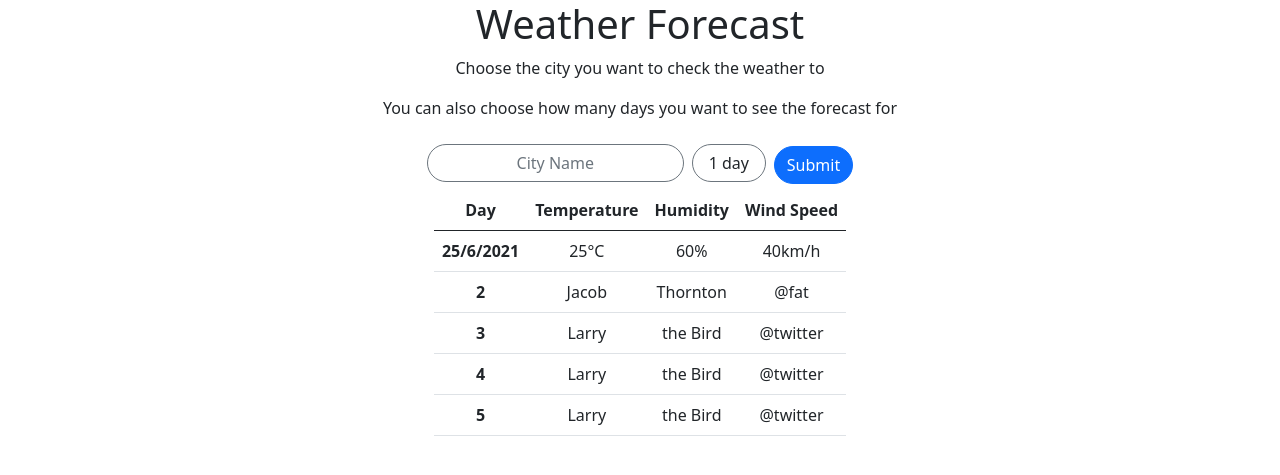
Repository: DimitrisDoxopoulos/my-own-weather-app
Page: /
The author's editor kept a copy of each file at every save. The page is drawn from the files as they stood at one save, then again after the next save.
The browser window is 1280 px wide. The pictures show the whole page.
The project was rebuilt for these pictures with package versions that can differ from the ones it lists, and the page was loaded fresh each time.

Above is the page before, as saved 2021-06-03 20:05:31.

After the next save:
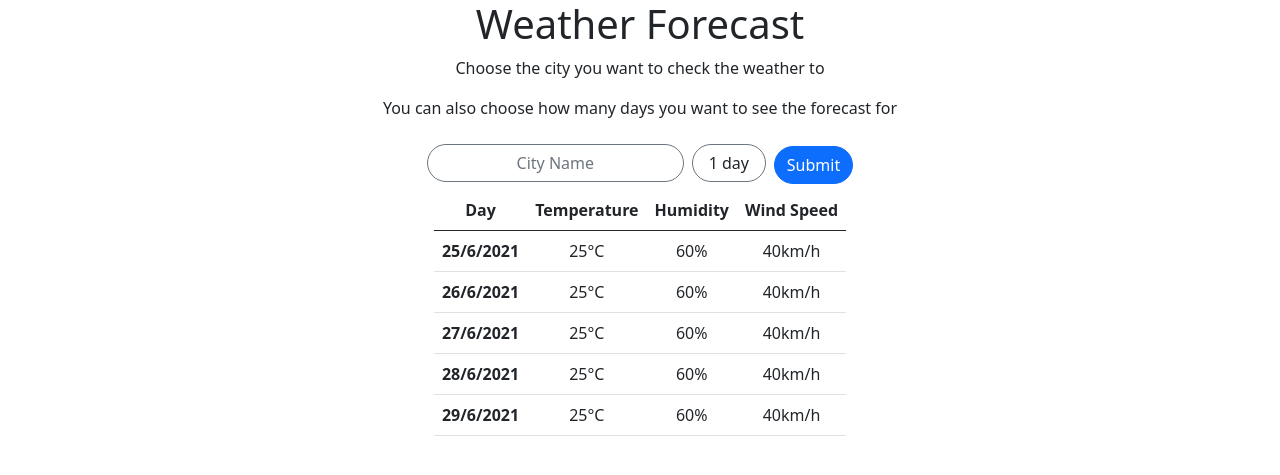
Saved 51 s later.
--- a/src/components/WeatherForecast.js
+++ b/src/components/WeatherForecast.js
@@ -20,28 +20,28 @@ const WeatherForecast = () => {
                         <td>40km/h</td>
                     </tr>
                     <tr>
-                        <th scope="row">2</th>
-                        <td>Jacob</td>
-                        <td>Thornton</td>
-                        <td>@fat</td>
+                        <th scope="row">26/6/2021</th>
+                        <td>25&deg;C</td>
+                        <td>60%</td>
+                        <td>40km/h</td>
                     </tr>
                     <tr>
-                        <th scope="row">3</th>
-                        <td>Larry</td>
-                        <td>the Bird</td>
-                        <td>@twitter</td>
+                        <th scope="row">27/6/2021</th>
+                        <td>25&deg;C</td>
+                        <td>60%</td>
+                        <td>40km/h</td>
                     </tr>
                     <tr>
-                        <th scope="row">4</th>
-                        <td>Larry</td>
-                        <td>the Bird</td>
-                        <td>@twitter</td>
+                        <th scope="row">28/6/2021</th>
+                        <td>25&deg;C</td>
+                        <td>60%</td>
+                        <td>40km/h</td>
                     </tr>
                     <tr>
-                        <th scope="row">5</th>
-                        <td>Larry</td>
-                        <td>the Bird</td>
-                        <td>@twitter</td>
+                        <th scope="row">29/6/2021</th>
+                        <td>25&deg;C</td>
+                        <td>60%</td>
+                        <td>40km/h</td>
                     </tr>
                 </tbody>
             </table>
